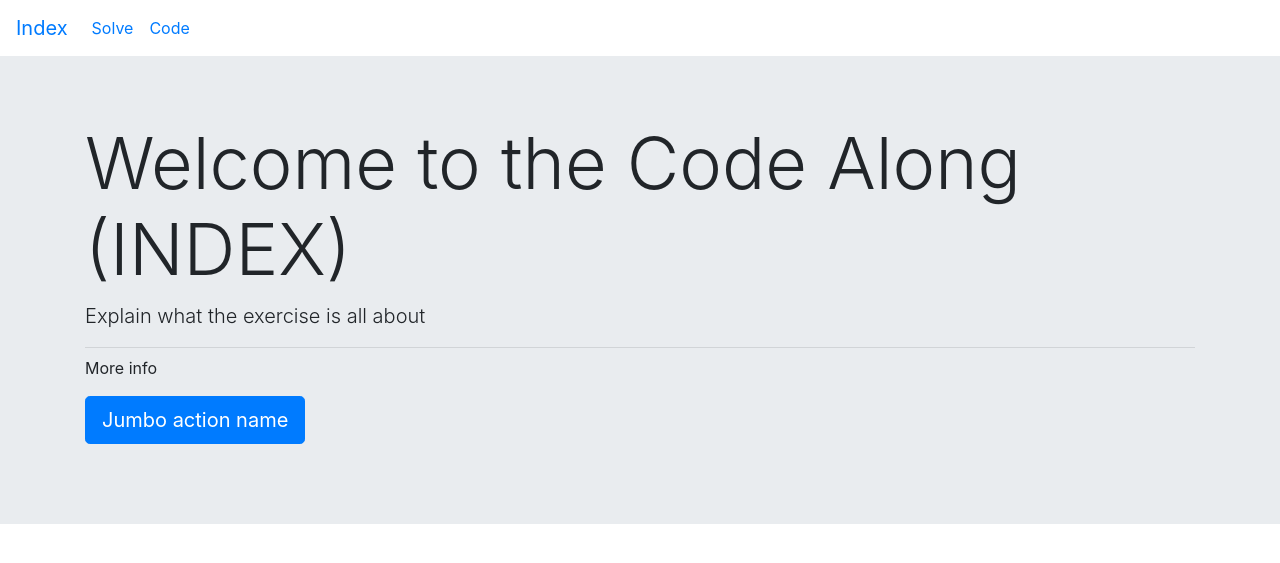
Repository: zhadjah9559/TacocatGrammar
Page: index.html
An editor plug-in stored every save of this project. The page is shown before and after the next save, followed by the edit.
The browser window is 1280 px wide. The pictures show the whole page.

Above is the page before, as saved 2021-01-11 15:47:42.

### index.html
<!doctype html>
<html lang="en">
  <head>
    <title>Index</title>
    <!-- Required meta tags -->
    <meta charset="utf-8">
    <meta name="viewport" content="width=device-width, initial-scale=1, shrink-to-fit=no">

    <!-- Bootstrap CSS -->
    <link rel="stylesheet" href="https://stackpath.bootstrapcdn.com/bootstrap/4.3.1/css/bootstrap.min.css" integrity="sha384-ggOyR0iXCbMQv3Xipma34MD+dH/1fQ784/j6cY/iJTQUOhcWr7x9JvoRxT2MZw1T" crossorigin="anonymous">
  </head>
  <body>

    <nav class="navbar navbar-expand-sm style="background-color: #A6A6A6;">
        <a class="navbar-brand" href="#">Index</a>
        <button class="navbar-toggler d-lg-none" type="button" data-toggle="collapse" data-target="#collapsibleNavId" aria-controls="collapsibleNavId"
            aria-expanded="false" aria-label="Toggle navigation"></button>
        <div class="collapse navbar-collapse" id="collapsibleNavId">
            <ul class="navbar-nav mr-auto mt-2 mt-lg-0">
                <li class="nav-item active">
                    <a class="nav-link" href="solve.html">Solve<span class="sr-only">(current)</span></a>
                </li>
                <li class="nav-item">
                    <a class="nav-link" href="code.html">Code</a>
                </li>
            </ul>
        </div>
    </nav>


    <div class="jumbotron jumbotron-fluid">
        <div class="container">
            <h1 class="display-3">Welcome to the Code Along (INDEX)</h1>
            <p class="lead">Explain what the exercise is all about</p>
            <hr class="my-2">
            <p>More info</p>
            <p class="lead">
                <a class="btn btn-primary btn-lg" href="Jumbo action link" role="button">Jumbo action name</a>
            </p>
        </div>
    </div>



    <!-- Optional JavaScript -->
    <!-- jQuery first, then Popper.js, then Bootstrap JS -->
    <script src="https://code.jquery.com/jquery-3.3.1.slim.min.js" integrity="sha384-q8i/X+965DzO0rT7abK41JStQIAqVgRVzpbzo5smXKp4YfRvH+8abtTE1Pi6jizo" crossorigin="anonymous"></script>
    <script src="https://cdnjs.cloudflare.com/ajax/libs/popper.js/1.14.7/umd/popper.min.js" integrity="sha384-UO2eT0CpHqdSJQ6hJty5KVphtPhzWj9WO1clHTMGa3JDZwrnQq4sF86dIHNDz0W1" crossorigin="anonymous"></script>
    <script src="https://stackpath.bootstrapcdn.com/bootstrap/4.3.1/js/bootstrap.min.js" integrity="sha384-JjSmVgyd0p3pXB1rRibZUAYoIIy6OrQ6VrjIEaFf/nJGzIxFDsf4x0xIM+B07jRM" crossorigin="anonymous"></script>
  </body>
</html>

After the next save:
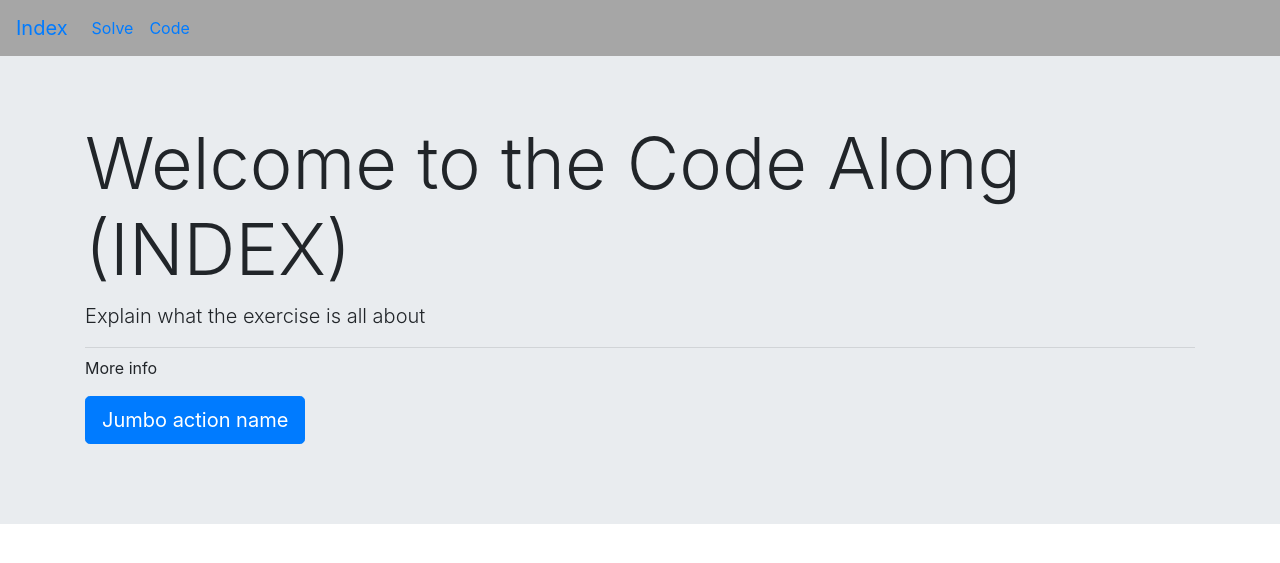
Saved 14 s later.
--- a/index.html
+++ b/index.html
@@ -11,7 +11,7 @@
   </head>
   <body>
 
-    <nav class="navbar navbar-expand-sm style="background-color: #A6A6A6;">
+    <nav class="navbar navbar-expand-sm" style="background-color: #A6A6A6;">
         <a class="navbar-brand" href="#">Index</a>
         <button class="navbar-toggler d-lg-none" type="button" data-toggle="collapse" data-target="#collapsibleNavId" aria-controls="collapsibleNavId"
             aria-expanded="false" aria-label="Toggle navigation"></button>
